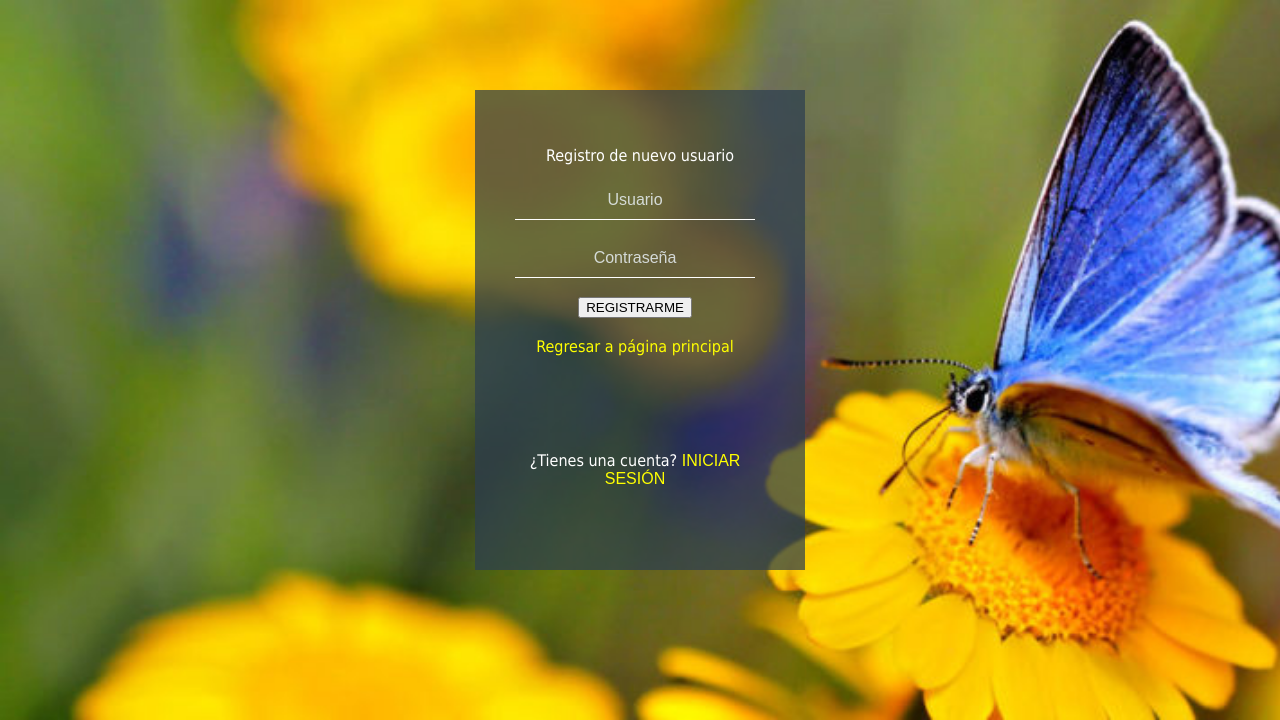
Repository: roberthcobena/Php
Page: http://localhost/registro.php
An editor plug-in stored every save of this project. The page is shown before and after the next save, followed by the edit.
The browser window is 1280 px wide. The pictures show the whole page.
Some web fonts or font styles are not loaded; a fallback is used. The page is run by PHP 8.4 with error messages shown; the project is at /var/www/html/.

Above is the page before, as saved 2020-06-25 10:06:53.

After the next save:
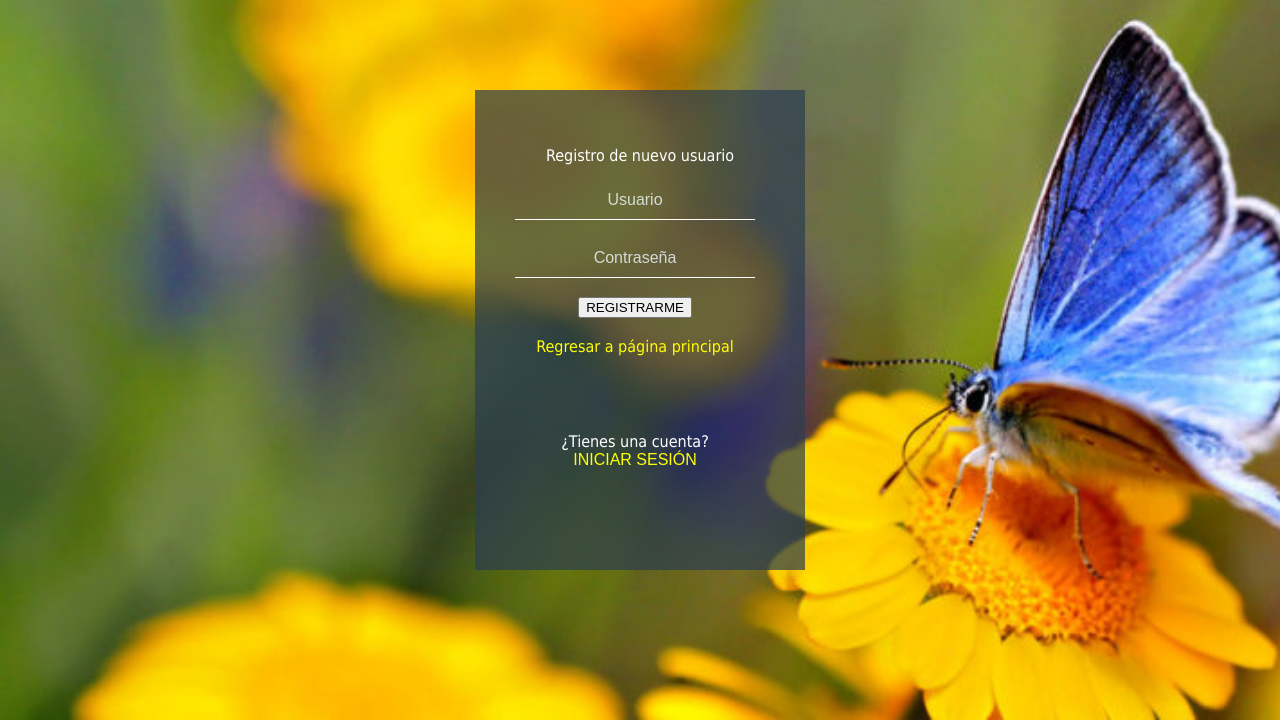
Saved 30 s later.
--- a/Educativa/registro.php
+++ b/Educativa/registro.php
@@ -57,8 +57,8 @@
       <input type="text" class="form-control" placeholder="Usuario" name="user_name" required></br></br>
       <input type="password" class="form-control" placeholder="Contraseña" name="user_password" required></br></br>
       <button type="submit" class="btn btn-primary btn-block" name="login" id="submit">REGISTRARME</button></br></br>
-      <a href="index.php">Regresar a página principal</a></br></br></br></br></br></br>
-      ¿Tienes una cuenta?<a href="login.php" style="font-family:'Play', sans-serif;">&nbsp;INICIAR SESIÓN</a>
+      <a href="index.php">Regresar a página principal</a></br></br></br></br></br>
+      ¿Tienes una cuenta?<a href="login.php" style="font-family:'Play', sans-serif;"></br>INICIAR SESIÓN</a>
    </form>
 </div>
 </body>
